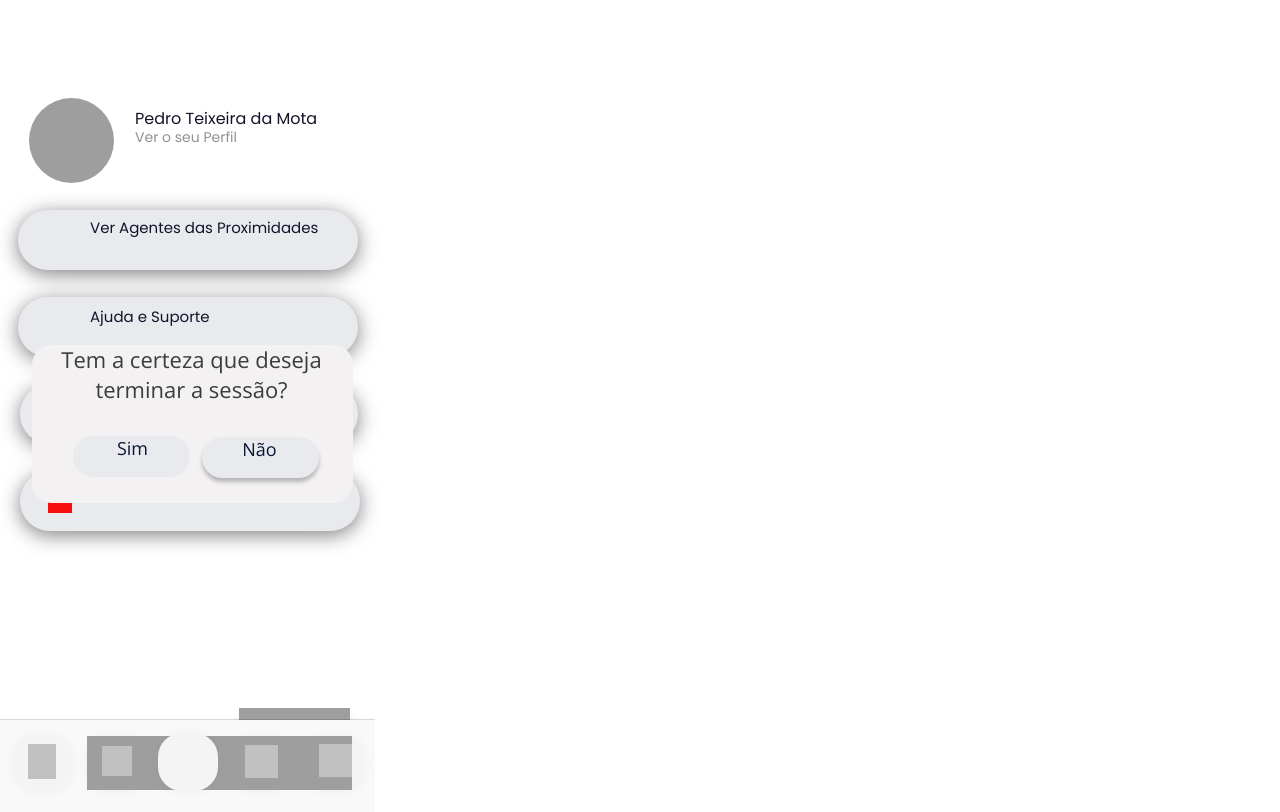
Repository: UnivMinho/D12_frontend
Page: Responsável no Terreno/Front-Office/TerminarSessao.html
The author's editor kept a record of every edit. The page is drawn from the files as they stood at one moment, then again after the next edit.
The browser window is 1280 px wide. The pictures show the whole page.
Pictures or frames that could not be fetched are drawn as grey boxes.

Above is the page before.

### Responsável no Terreno/Front-Office/TerminarSessao.html
<!DOCTYPE html>
<html>

<head>
    <meta charset="utf-8">
    <meta name="viewport" content="width=device-width, initial-scale=1, maximum-scale=1, user-scalable=no">
    <link href="https://fonts.googleapis.com/css?family=Poppins&display=swap" rel="stylesheet" />
    <link href="https://fonts.googleapis.com/css?family=Open+Sans&display=swap" rel="stylesheet" />
    <link href="./TerminarSessao.css" rel="stylesheet" />
    <title>TerminarSessao</title>

</head>

<body>
    <div class="screen">
        <div class="fotografia"></div>
        <span class="VerPerfil">Ver o seu Perfil</span>
        <span class="Nome">Pedro Teixeira da Mota</span>
        <div class="v274_25"></div>
        <div class="v274_26"></div>
        <div class="name"></div>
        <div class="v274_28"></div>
        <div class="v274_29"></div>
        <div class="v274_30"></div>
        <span class="v274_31">Ajuda e Suporte</span>
        <span class="v274_32">Definições e Privacidade</span>
        <span class="v274_33">Terminar Sessão</span>
        <div class="name"></div>
        <div class="name"></div><span class="v274_36">Ver Agentes das Proximidades</span>
        <div class="name"></div>
        <div class="name"></div>
        <div class="name"></div>
        <div class="v274_40"></div>
        <div class="v274_41"></div>
        <div class="name"></div>
        <div class="v274_81"></div><span class="v274_82">Tem a certeza que deseja terminar a sessão?</span>
        <div class="v274_43"></div>
        <div class="v274_44"></div>
        <div class="v274_45"></div>
        <div class="v274_46"></div>
        <div class="v274_47"></div>
        <div class="v274_48">
            <div class="v274_49"></div>
            <div class="v274_50"></div>
            <div class="v274_51"></div>
            <div class="v274_52"></div>
        </div>
        <div class="v274_53"></div>
        <div class="name"></div>
        <div class="v274_83"></div>
        <div class="v274_84"></div><span class="v274_85">Sim</span><span class="v274_87">Não</span></div>
</body>

</html>

### Responsável no Terreno/Front-Office/TerminarSessao.css
* {
  overflow-x: hidden;
  padding: 0px !important;
  margin: 0px !important;
}
.v274_0 {
  width: 414px;
  height: 736px;
  background: rgba(250,249,249,1);
  opacity: 1;
  position: absolute;
  top: 0px;
  left: 0px;
  overflow: hidden;
}

.fotografia {
  width: 85px;
  height: 85px;
  background: url("../images/v274_22.png");
  opacity: 1;
  position: absolute;
  top: 98px;
  left: 29px;
  border-radius: 50%;
}
.VerPerfil {
  width: 114px;
  color: rgba(145,144,151,1);
  position: absolute;
  top: 127px;
  left: 135px;
  font-family: Poppins;
  font-weight: Regular;
  font-size: 14px;
  opacity: 1;
  text-align: left;
}
.Nome {
  width: 198px;
  color: rgba(20,19,42,1);
  position: absolute;
  top: 106px;
  left: 135px;
  font-family: Poppins;
  font-weight: Regular;
  font-size: 16px;
  opacity: 1;
  text-align: left;
}
.v274_25 {
  width: 340px;
  height: 60px;
  background: rgba(233,234,238,1);
  opacity: 1;
  position: absolute;
  top: 210px;
  left: 18px;
  border-top-left-radius: 50px;
  border-top-right-radius: 50px;
  border-bottom-left-radius: 50px;
  border-bottom-right-radius: 50px;
  box-shadow: 0px 4px 20px rgba(0.40784314274787903, 0.4274509847164154, 0.8784313797950745, 0.5);
  overflow: hidden;
}
.v274_26 {
  width: 340px;
  height: 60px;
  background: rgba(233,234,238,1);
  opacity: 1;
  position: absolute;
  top: 297px;
  left: 18px;
  border-top-left-radius: 50px;
  border-top-right-radius: 50px;
  border-bottom-left-radius: 50px;
  border-bottom-right-radius: 50px;
  box-shadow: 0px 4px 20px rgba(0.40784314274787903, 0.4274509847164154, 0.8784313797950745, 0.5);
  overflow: hidden;
}
.name {
  color: #fff;
}
.v274_28 {
  width: 338px;
  height: 60px;
  background: rgba(233,234,238,1);
  opacity: 1;
  position: absolute;
  top: 384px;
  left: 20px;
  border-top-left-radius: 50px;
  border-top-right-radius: 50px;
  border-bottom-left-radius: 50px;
  border-bottom-right-radius: 50px;
  box-shadow: 0px 4px 20px rgba(0.40784314274787903, 0.4274509847164154, 0.8784313797950745, 0.5);
  overflow: hidden;
}
.v274_29 {
  width: 340px;
  height: 60px;
  background: rgba(233,234,238,1);
  opacity: 1;
  position: absolute;
  top: 471px;
  left: 20px;
  border-top-left-radius: 50px;
  border-top-right-radius: 50px;
  border-bottom-left-radius: 50px;
  border-bottom-right-radius: 50px;
  box-shadow: 0px 4px 20px rgba(0.40784314274787903, 0.4274509847164154, 0.8784313797950745, 0.5);
  overflow: hidden;
}
.v274_30 {
  width: 24px;
  height: 24px;
  background: rgba(248,15,15,1);
  opacity: 1;
  position: absolute;
  top: 489px;
  left: 48px;
}
.v274_31 {
  width: 182px;
  color: rgba(20,19,42,1);
  position: absolute;
  top: 305px;
  left: 90px;
  font-family: Poppins;
  font-weight: Regular;
  font-size: 15px;
  opacity: 1;
  text-align: left;
}
.v274_32 {
  width: 223px;
  color: rgba(20,19,42,1);
  position: absolute;
  top: 391px;
  left: 90px;
  font-family: Poppins;
  font-weight: Regular;
  font-size: 15px;
  opacity: 1;
  text-align: left;
}
.v274_33 {
  width: 223px;
  color: rgba(20,19,42,1);
  position: absolute;
  top: 478px;
  left: 90px;
  font-family: Poppins;
  font-weight: Regular;
  font-size: 15px;
  opacity: 1;
  text-align: left;
}
.name {
  color: #fff;
}
.name {
  color: #fff;
}
.v274_36 {
  width: 270px;
  color: rgba(20,19,42,1);
  position: absolute;
  top: 216px;
  left: 90px;
  font-family: Poppins;
  font-weight: Regular;
  font-size: 15px;
  opacity: 1;
  text-align: left;
}
.name {
  color: #fff;
}
.name {
  color: #fff;
}
.name {
  color: #fff;
}
.v274_40 {
  width: 111px;
  height: 48px;
  background: url("../images/v274_40.png");
  opacity: 1;
  position: absolute;
  top: 708px;
  left: 239px;
  box-shadow: 0px 10px 10px rgba(1, 0.22083336114883423, 0.28858697414398193, 0.15000000596046448);
}
.v274_41 {
  width: 375px;
  height: 92px;
  background: rgba(250,249,249,1);
  opacity: 1;
  position: absolute;
  top: 720px;
  left: 0px;
  box-shadow: 0px -1px 0px rgba(0, 0, 0, 0.15000000596046448);
  overflow: hidden;
}
.name {
  color: #fff;
}
.v274_81 {
  width: 321px;
  height: 158px;
  background: rgba(243,241,241,1);
  opacity: 1;
  position: absolute;
  top: 345px;
  left: 32px;
  border-top-left-radius: 20px;
  border-top-right-radius: 20px;
  border-bottom-left-radius: 20px;
  border-bottom-right-radius: 20px;
  overflow: hidden;
}
.v274_82 {
  width: 321px;
  color: rgba(60,60,60,1);
  position: absolute;
  top: 344px;
  left: 31px;
  font-family: Open Sans;
  font-weight: Regular;
  font-size: 22px;
  opacity: 1;
  text-align: center;
}
.v274_43 {
  width: 60px;
  height: 58px;
  background: rgba(244,244,244,1);
  opacity: 1;
  position: absolute;
  top: 734px;
  left: 13px;
  border-top-left-radius: 24px;
  border-top-right-radius: 24px;
  border-bottom-left-radius: 24px;
  border-bottom-right-radius: 24px;
  box-shadow: 0px 1px 12px rgba(0, 0, 0, 0.03999999910593033);
  overflow: hidden;
}
.v274_44 {
  width: 60px;
  height: 58px;
  background: rgba(244,244,244,1);
  opacity: 1;
  position: absolute;
  top: 734px;
  left: 86px;
  border-top-left-radius: 24px;
  border-top-right-radius: 24px;
  border-bottom-left-radius: 24px;
  border-bottom-right-radius: 24px;
  box-shadow: 0px 1px 12px rgba(0, 0, 0, 0.03999999910593033);
  overflow: hidden;
}
.v274_45 {
  width: 60px;
  height: 58px;
  background: rgba(244,244,244,1);
  opacity: 1;
  position: absolute;
  top: 734px;
  left: 231px;
  border-top-left-radius: 24px;
  border-top-right-radius: 24px;
  border-bottom-left-radius: 24px;
  border-bottom-right-radius: 24px;
  box-shadow: 0px 1px 12px rgba(0, 0, 0, 0.03999999910593033);
  overflow: hidden;
}
.v274_46 {
  width: 60px;
  height: 58px;
  background: rgba(244,244,244,1);
  opacity: 1;
  position: absolute;
  top: 734px;
  left: 305px;
  border-top-left-radius: 24px;
  border-top-right-radius: 24px;
  border-bottom-left-radius: 24px;
  border-bottom-right-radius: 24px;
  box-shadow: 0px 1px 12px rgba(0, 0, 0, 0.03999999910593033);
  overflow: hidden;
}
.v274_47 {
  width: 28px;
  height: 35px;
  background: rgba(193,193,193,1);
  opacity: 1;
  position: absolute;
  top: 744px;
  left: 28px;
}
.v274_48 {
  width: 265px;
  height: 54px;
  background: url("../images/v274_48.png");
  background-repeat: no-repeat;
  background-position: center center;
  background-size: cover;
  opacity: 1;
  position: absolute;
  top: 736px;
  left: 87px;
  overflow: hidden;
}
.v274_49 {
  width: 40px;
  height: 54px;
  background: url("../images/v274_49.png");
  opacity: 1;
  position: absolute;
  top: 0px;
  left: 0px;
}
.v274_50 {
  width: 30px;
  height: 30px;
  background: rgba(193,193,193,1);
  opacity: 1;
  position: absolute;
  top: 10px;
  left: 15px;
}
.v274_51 {
  width: 33px;
  height: 33px;
  background: rgba(193,193,193,1);
  opacity: 1;
  position: absolute;
  top: 9px;
  left: 158px;
}
.v274_52 {
  width: 33px;
  height: 33px;
  background: rgba(193,193,193,1);
  opacity: 1;
  position: absolute;
  top: 8px;
  left: 232px;
}
.v274_53 {
  width: 60px;
  height: 58px;
  background: rgba(244,244,244,1);
  opacity: 1;
  position: absolute;
  top: 733px;
  left: 158px;
  border-top-left-radius: 24px;
  border-top-right-radius: 24px;
  border-bottom-left-radius: 24px;
  border-bottom-right-radius: 24px;
  box-shadow: 0px 1px 12px rgba(0, 0, 0, 0.03999999910593033);
  overflow: hidden;
}
.name {
  color: #fff;
}
.v274_83 {
  width: 117px;
  height: 41px;
  background: rgba(233,234,238,1);
  opacity: 1;
  position: absolute;
  top: 436px;
  left: 73px;
  border-top-left-radius: 50px;
  border-top-right-radius: 50px;
  border-bottom-left-radius: 50px;
  border-bottom-right-radius: 50px;
  overflow: hidden;
}
.v274_84 {
  width: 117px;
  height: 41px;
  background: rgba(233,234,238,1);
  opacity: 1;
  position: absolute;
  top: 437px;
  left: 202px;
  border-top-left-radius: 50px;
  border-top-right-radius: 50px;
  border-bottom-left-radius: 50px;
  border-bottom-right-radius: 50px;
  box-shadow: 0px 4px 4px rgba(0, 0, 0, 0.25);
  overflow: hidden;
}
.v274_85 {
  width: 117px;
  color: rgba(10,23,56,1);
  position: absolute;
  top: 436px;
  left: 74px;
  font-family: Open Sans;
  font-weight: Regular;
  font-size: 18px;
  opacity: 1;
  text-align: center;
}
.v274_87 {
  width: 117px;
  color: rgba(10,23,56,1);
  position: absolute;
  top: 437px;
  left: 201px;
  font-family: Open Sans;
  font-weight: Regular;
  font-size: 18px;
  opacity: 1;
  text-align: center;
}

After the next edit:
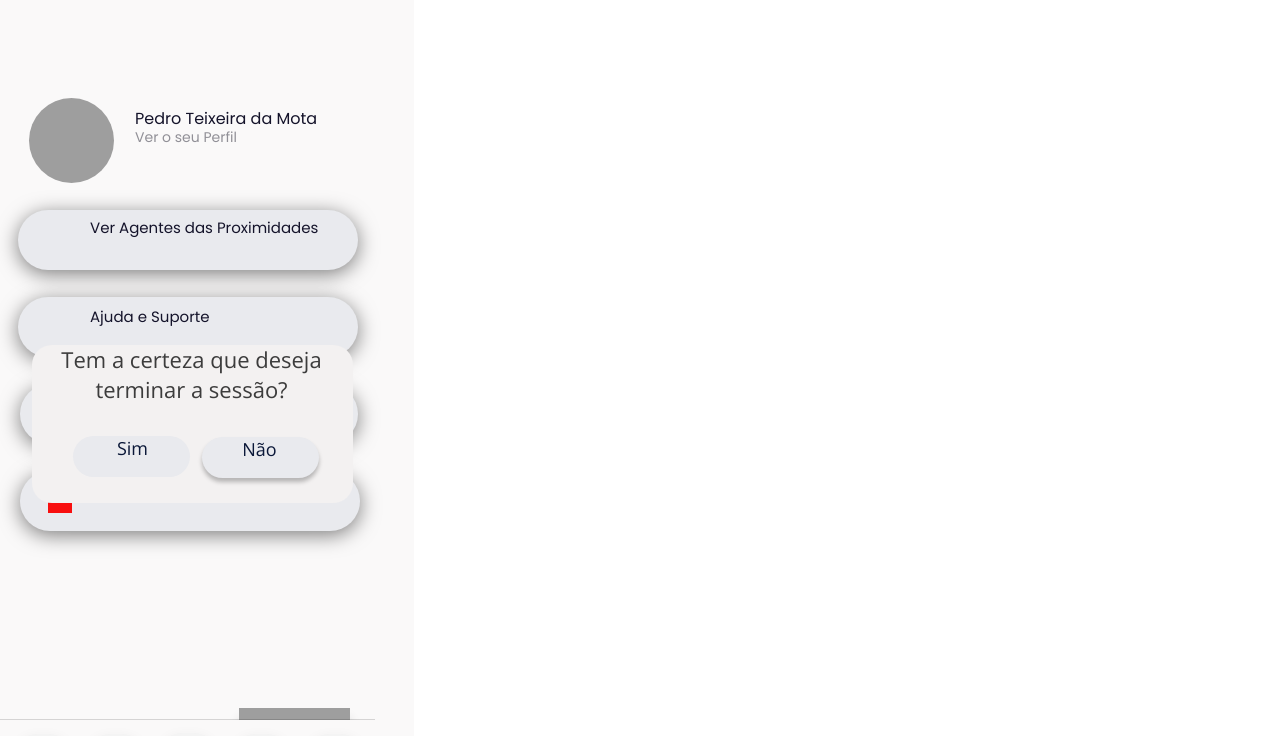
The edit:
--- a/Responsável no Terreno/Front-Office/TerminarSessao.css
+++ b/Responsável no Terreno/Front-Office/TerminarSessao.css
@@ -3,7 +3,7 @@
   padding: 0px !important;
   margin: 0px !important;
 }
-.v274_0 {
+.screen {
   width: 414px;
   height: 736px;
   background: rgba(250,249,249,1);
